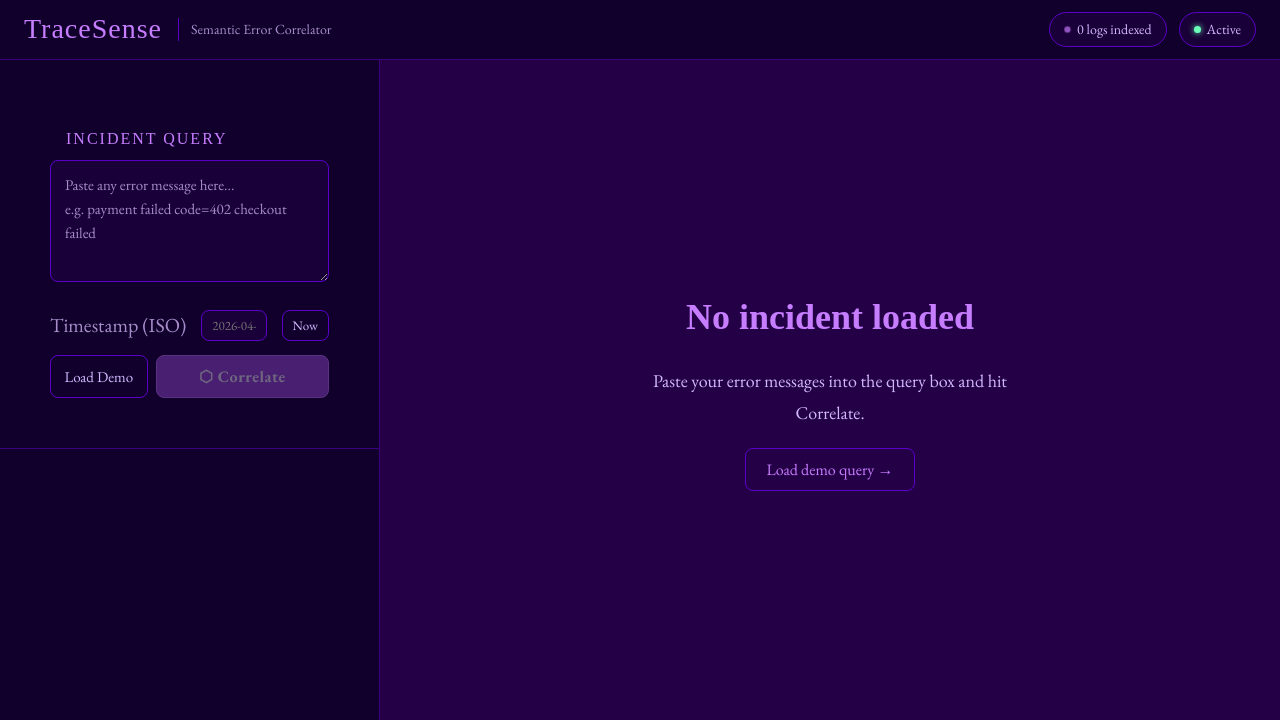
Repository: SaranyaM15/AI_Engineer_Journey
Page: / (app in tracesense/frontend/)
An editor plug-in stored every save of this project. The page is shown before and after the next save, followed by the edit.
The browser window is 1280 px wide. The pictures show the whole page.
The page's requests for data from a server got no answer. Some web fonts or font styles are not loaded; a fallback is used. The project was rebuilt for these pictures with package versions that can differ from the ones it lists, and the page was loaded fresh each time. No one was signed in, and anything a server would have sent is missing. Also part of the build but not shown: tracesense/frontend/vite.config.js, tracesense/frontend/src/components/Timeline.jsx, tracesense/frontend/src/components/LogFeed.jsx.

Above is the page before, as saved 2026-04-05 19:21:38.

After the next save:
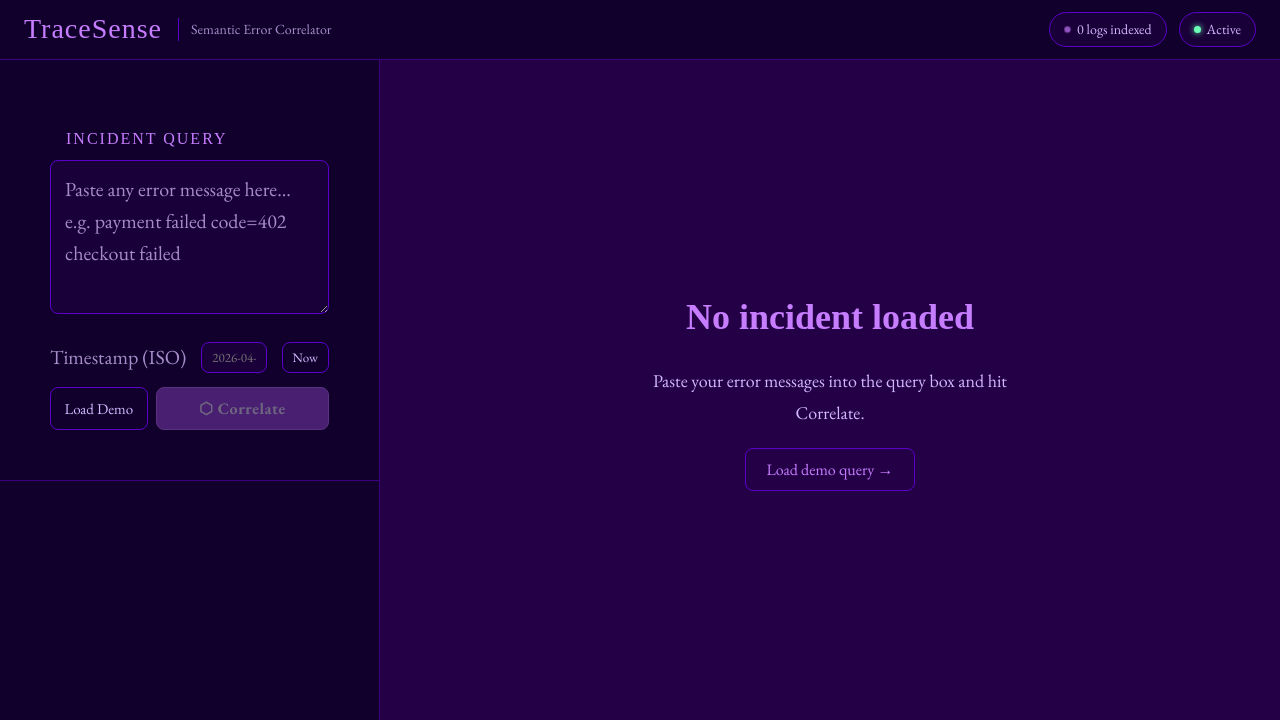
Saved 23 s later.
--- a/tracesense/frontend/src/App.css
+++ b/tracesense/frontend/src/App.css
@@ -152,7 +152,7 @@ body {
   border-radius: var(--radius);
   color:         var(--text);
   font-family:   var(--garamond);
-  font-size:     15px;
+  font-size:     20px;
   padding:       12px 14px;
   resize:        vertical;
   outline:       none;
